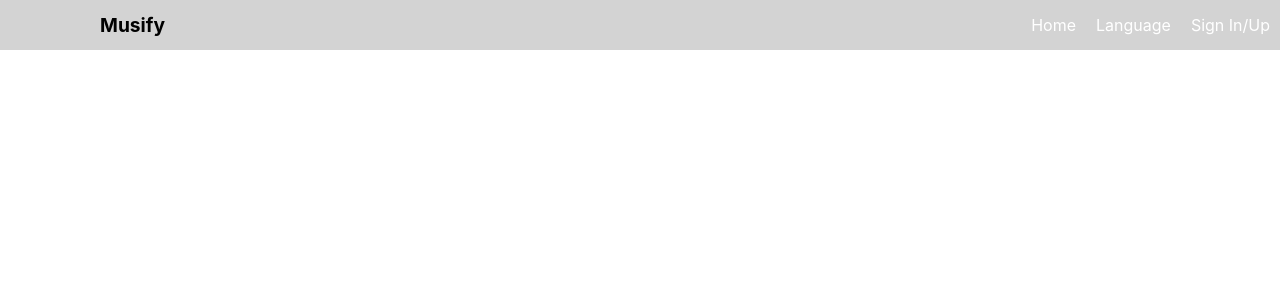
Repository: yuqiant/musify
Page: / (app in musify/)
The author's editor kept a copy of each file at every save. The page is drawn from the files as they stood at one save, then again after the next save.
The browser window is 1280 px wide. The pictures show the whole page.
The project was rebuilt for these pictures with package versions that can differ from the ones it lists, and the page was loaded fresh each time. Also part of the build but not shown: musify/src/App.css, musify/src/home/index.js.

Above is the page before, as saved 2023-11-30 01:03:08.

After the next save:
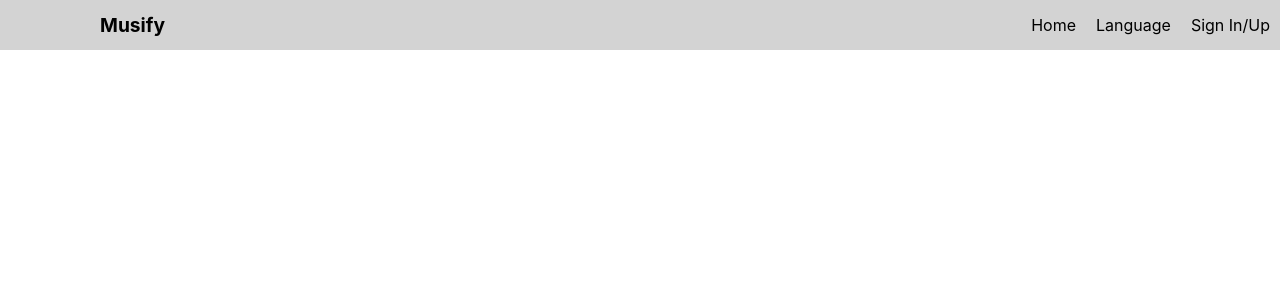
Saved 47 s later.
--- a/musify/src/navbar/index.css
+++ b/musify/src/navbar/index.css
@@ -17,6 +17,7 @@
     display: inline-block;
     /* Make list items inline */
     border-radius: 0;
+    color: black;
     /* Optional: removes border-radius */
 }
 
